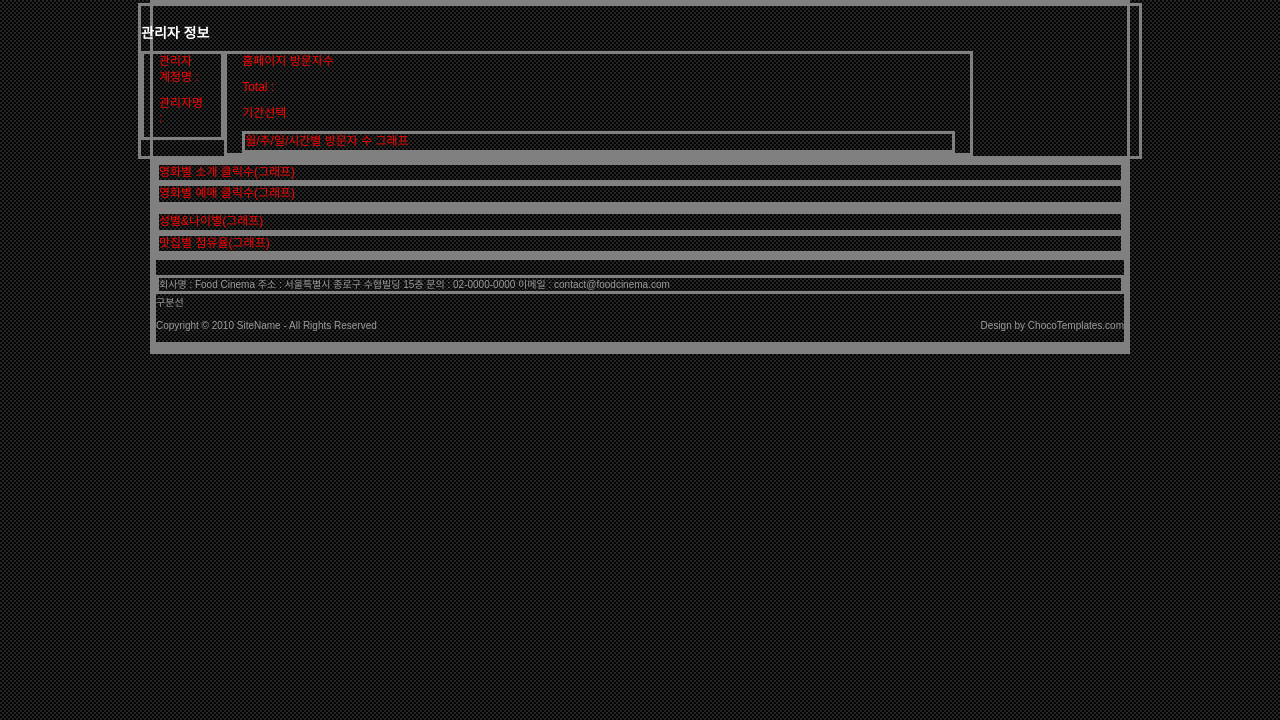
Repository: fhwang2/WEB
Page: http://localhost/FoodCinema/admin.jsp
The author's editor kept a copy of each file at every save. The page is drawn from the files as they stood at one save, then again after the next save.
The browser window is 1280 px wide. The pictures show the whole page.
The page is served by Tomcat 9.

Above is the page before, as saved 2019-07-11 09:20:42.

### FoodCinema/WebContent/admin.jsp
<%@ page language="java" contentType="text/html; charset=UTF-8"
	pageEncoding="UTF-8"%>
<!DOCTYPE html>
<head>
<title>Food Cinema</title>
<meta http-equiv="Content-Type" content="text/html; charset=utf-8" />

<link rel="stylesheet" href="https://maxcdn.bootstrapcdn.com/bootstrap/3.4.0/css/bootstrap.min.css">
<link rel="stylesheet" href="css/style.css" type="text/css" media="all" />

<script src="https://ajax.googleapis.com/ajax/libs/jquery/3.4.1/jquery.min.js"></script>
<script	src="https://maxcdn.bootstrapcdn.com/bootstrap/3.4.0/js/bootstrap.min.js"></script>
<script type="text/javascript" src="js/jquery-1.4.2.min.js"></script>
<script type="text/javascript" src="js/jquery-func.js"></script>

<style>

.adminTotal{
	display : grid;
}
div {
	border-style: solid;
	border-color: gray;
}

</style>

</head>
<body>
	<div id="shell">
		<!-- <div id="header">
			<h1 id="logo">
				<a href="#">FoodCinema</a>
			</h1>
		</div> -->
		<div id="admin_total" class="row">
			<h3>관리자 정보</h3>
			<div id="admin_info" class="col-sm-1">

				<p class="">
					관리자 계정명 :
					<%

				%>
				</p>
				<p>
					관리자명 :
					<%

				%>
				</p>
			</div>
			<div id="totalCnt" class="col-sm-9">
				<p>홈페이지 방문자수</p>
				<p>
					Total :
					<%

				%>
				</p>
				<p>기간선택</p>
				<div id="visitor">월/주/일/시간별 방문자 수 그래프</div>
			</div>
		</div>
		<div id="movie_stat">
			<div id="movie_info_count">영화별 소개 클릭수(그래프)</div>
			<div id="movie_ing_count">영화별 예매 클릭수(그래프)</div>
		</div>
		<div id="matzip_stat">
			<div id="matzip_sex+age">성별&나이별(그래프)</div>
			<div id="matzip_share">맛집별 점유율(그래프)</div>
		</div>
		<div id="footer">
			<div id="companyInfo">
				회사명 : Food Cinema
				주소 : 서울특별시 종로구 수협빌딩 15층
				문의 : 02-0000-0000
				이메일 : contact@foodcinema.com
			</div>
			<p>구분선</p>
			<p class="lf">
				Copyright &copy; 2010 <a href="#">SiteName</a> - All Rights Reserved
			</p>
			<p class="rf">
				Design by <a href="http://chocotemplates.com/">ChocoTemplates.com</a>
			</p>
			<div style="clear: both;"></div>
		</div>
	</div>
</body>
</html>

### FoodCinema/WebContent/css/style.css
* {
	margin:0;
	padding:0;
	outline:0;
}
body {
	font-size:12px;
	line-height:1.3;
	font-family:Arial, Helvetica, Sans-Serif;
	color: red;
	background:url('images/body-bg.gif');
}
a {
	color:#e7b038;
	text-decoration:underline;
	cursor:pointer;
}
a:hover {
	text-decoration:none;
}
a img {
	border:0;
}
input, textarea, select {
	font-size:12px;
	font-family:Arial, Helvetica, sans-serif;
}
textarea {
	overflow:auto;
}
.cl {
	display:block;
	height:0;
	font-size:0;
	line-height:0;
	text-indent:-4000px;
	clear:both;
}
.notext {
	font-size:0;
	line-height:0;
	text-indent:-4000px;
}
.left, .alignleft {
	float:left;
	display:inline;
}
.right, .alignright {
	float:right;
	display:inline;
}
.text-right {
	text-align:right;
}
h2 {
	font-size:10px;
	color:#f2a223;
	font-weight:bold;
}
h3 {
	font-size:14px;
	color:#fff;
	font-weight:bold;
}
h4 {
	font-size:14px;
	color:#f3b12b;
	font-weight:bold;
}
#shell {
	width:980px;
	margin:0 auto;
}
#header {
	position:relative;
}
h1#logo {
	position:absolute;
	top:37px;
	left:0;
}
h1#logo a {
	float:left;
	width:239px;
	height:49px;
	background:url('images/logo.gif') no-repeat 0 0;
	font-size:0;
	line-height:0;
	text-indent:-4000px;
}
.social {
	float:right;
	width:160px;
	padding-top:11px;
}
.social span {
	float:left;
	display:inline;
	font-size:10px;
	color:#9f9f9f;
	line-height:16px;
	padding-right:5px;
}
.social ul {
	list-style:none;
}
.social ul li {
	float:left;
	display:inline;
	width:16px;
	padding-right:2px;
}
.social ul li a {
	float:left;
	display:inline;
	width:16px;
	height:16px;
	background:url('images/social.gif') no-repeat 0 0;
	font-size:0;
	line-height:0;
	text-indent:-4000px;
}
.social ul li a.facebook {
	background-position:-18px 0;
}
.social ul li a.vimeo {
	background-position:-36px 0;
}
.social ul li a.rss {
	background-position:-54px 0;
}
#navigation {
	float:right;
	clear:right;
	padding-top:28px;
	padding-bottom:47px;
}
#navigation ul {
	list-style:none;
}
#navigation ul li {
	float:left;
	display:inline;
	padding-left:29px;
}
#navigation ul li a {
	font-size:14px;
	font-weight:bold;
	color:#fff;
	text-decoration:none;
}
#navigation ul li a.active, #navigation ul li a:hover {
	color:#d91d2a;
}
#sub-navigation {
	display:block;
	clear:right;
	border-top:1px dashed #666;
	border-bottom:1px dashed #666;
	padding:8px 0;
}
#sub-navigation ul {
	list-style:none;
}
#sub-navigation ul li {
	float:left;
	display:inline;
	padding-right:23px;
}
#sub-navigation ul li a {
	font-size:14px;
	font-weight:bold;
	color:#fff;
	line-height:24px;
	text-decoration:none;
}
#sub-navigation ul li a:hover {
	text-decoration:underline;
}
#search {
	width:346px;
	margin:0 0 0 auto;
}
#search label {
	float:left;
	display:inline;
	font-size:14px;
	font-weight:bold;
	color:#fff;
	line-height:24px;
	padding-right:6px;
}
#search .search-field {
	width:238px;
	border:1px solid #413e3e;
	background:#000;
	color:#787878;
	padding:2px 0 2px 2px;
}
#search .search-button {
	font-size:14px;
	font-weight:bold;
	border:0;
	background:none;
	color:#fff;
	cursor:pointer;
}
#main {
	border-bottom:1px dashed #413e3e;
}
#content {
}
.box {
	width:980px;
	border-bottom:1px dashed #413e3e;
	padding-bottom:21px;
}
.box .head {
	width:980px;
	padding-top:14px;
	padding-bottom:11px;
}
.box .head h2 {
	float:left;
	display:inline;
}
.box .movie {
	width:152px;
	float:left;
	padding-right:12px;
}
.movie-image {
	float:left;
	width:152px;
	height:214px;
	position:relative;
}
.movie-image img {
	width:152px;
	height:214px;
}
.movie-image a {
	float:left;
	display:inline;
	width:152px;
	height:214px;
	position:relative;
	z-index:2;
}
.play {
	position:absolute;
	top:0;
	left:0;
	width:152px;
	height:214px;
	background:url('images/image-hover.png');
	display:block;
	z-index:5;
	cursor:pointer;
	display:none;
}
.movie span.name {
	font-weight:bold;
	color:#fff;
	font-size:14px;
	text-align:center;
	padding-top:160px;
	display:block;
}
.box .last {
	padding:0;
}
.rating {
	float:left;
	width:152px;
	padding-top:8px;
}
.rating p {
	float:left;
	font-size:10px;
	color:#fff;
	font-weight:bold;
}
.rating .stars {
	float:left;
	width:60px;
	height:11px;
	background:url('images/stars.gif') no-repeat 0 0;
	margin-left:2px;
}
.rating .stars-in {
	width:48px;
	display:inline;
	background:url('images/stars.gif') no-repeat 0 bottom;
	position:absolute;
	height:11px;
	font-size:0;
	line-height:0;
	text-indent:-4000px;
}
.comments {
	background:url('images/comments.gif') no-repeat 0 center;
	padding-left:12px;
	float:right;
}
#news {
	width:460px;
	float:left;
}
#news .head {
	width:460px;
	padding-top:11px;
	padding-bottom:14px;
}
#news h3, #coming h3 {
	float:left;
}
#coming {
	width:490px;
	float:left;
	padding-left:30px;
}
#coming .head {
	width:490px;
	padding-top:11px;
	padding-bottom:14px;
}
#coming .head strong {
	color:#ff361a;
}
#coming .content {
	min-height:130px;
	height:auto !important;
	height:130px;
	padding-bottom:20px;
}
#coming .content h4 {
	padding-bottom:3px;
}
.content {
	padding-bottom:28px;
}
.content .date {
	font-size:10px;
	color:#fff;
}
.content img {
	float:left;
	width:68px;
	padding-right:8px;
}
.content p {
	font-size:13px;
	color:#fff;
	line-height:16px;
}
.content a {
	font-size:11px;
}
#footer {
	padding:15px 0 0 0;
	font-size:10px;
}
#footer, #footer a {
	color:#9c9c9c;
	text-decoration:none;
}
#footer a:hover {
	text-decoration:none;
}
#footer p {
	margin:0;
	padding:0 0 11px 0;
	line-height:normal;
	white-space:nowrap;
}
#footer .lf {
	float:left;
}
#footer .rf {
	float:right;
}

Loaded but not shown: FoodCinema/WebContent/js/jquery-1.4.2.min.js (library); FoodCinema/WebContent/js/jquery-func.js (common file)

After the next save:
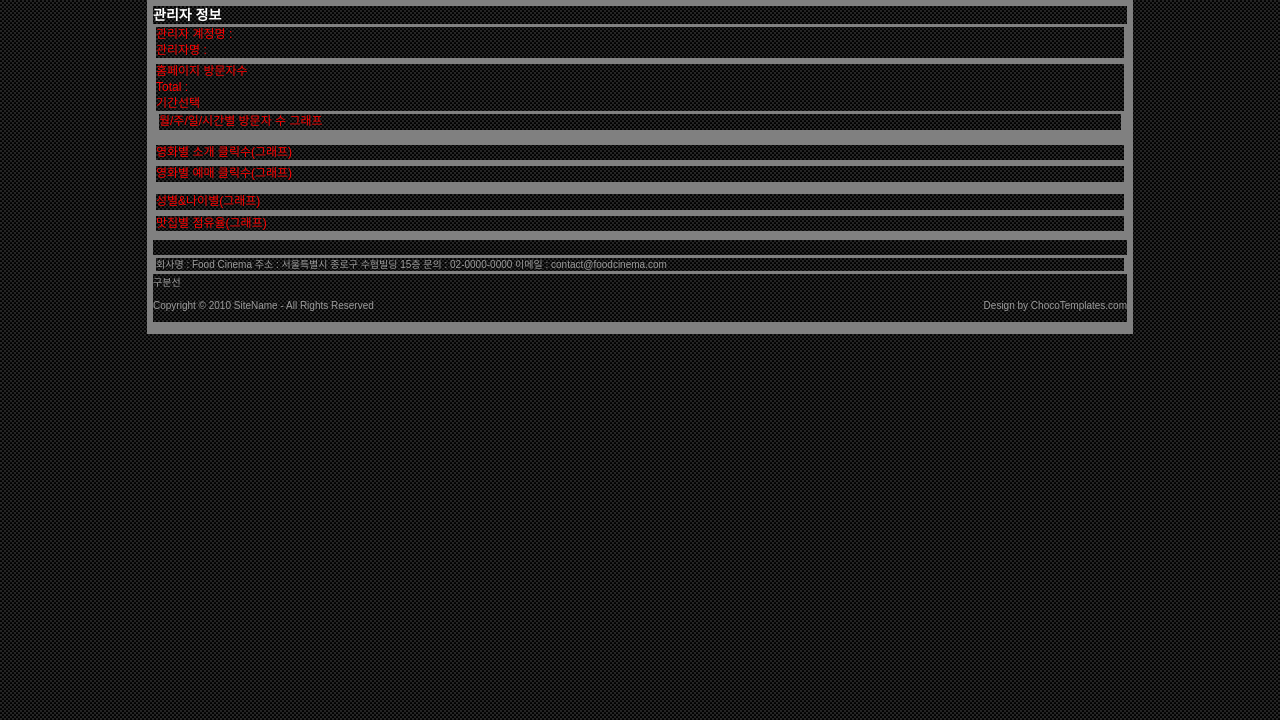
Saved 78 s later.
--- a/FoodCinema/WebContent/admin.jsp
+++ b/FoodCinema/WebContent/admin.jsp
@@ -5,7 +5,6 @@
 <title>Food Cinema</title>
 <meta http-equiv="Content-Type" content="text/html; charset=utf-8" />
 
-<link rel="stylesheet" href="https://maxcdn.bootstrapcdn.com/bootstrap/3.4.0/css/bootstrap.min.css">
 <link rel="stylesheet" href="css/style.css" type="text/css" media="all" />
 
 <script src="https://ajax.googleapis.com/ajax/libs/jquery/3.4.1/jquery.min.js"></script>
